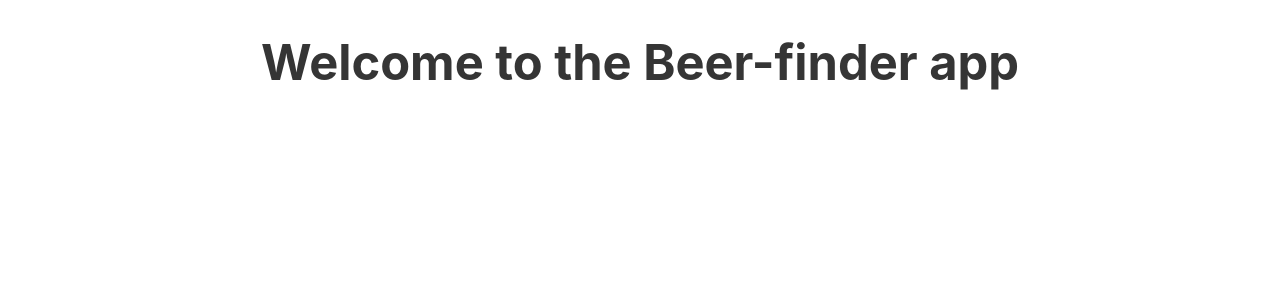
Repository: marcinszymaszek/beer-finder
Page: /
An editor plug-in stored every save of this project. The page is shown before and after the next save, followed by the edit.
The browser window is 1280 px wide. The pictures show the whole page.
The project was rebuilt for these pictures with package versions that can differ from the ones it lists, and the page was loaded fresh each time.

Above is the page before, as saved 2020-05-10 20:06:37.

### public/index.html
<!DOCTYPE html>
<html lang="en">
  <head>
    <meta charset="utf-8" />
    <link rel="icon" href="%PUBLIC_URL%/favicon.ico" />
    <meta name="viewport" content="width=device-width, initial-scale=1" />
    <meta name="theme-color" content="#000000" />
    <meta
      name="description"
      content="Web site created using create-react-app"
    />
    <link rel="apple-touch-icon" href="%PUBLIC_URL%/logo192.png" />
    <!--
      manifest.json provides metadata used when your web app is installed on a
      user's mobile device or desktop. See https://developers.google.com/web/fundamentals/web-app-manifest/
    -->
    <link rel="manifest" href="%PUBLIC_URL%/manifest.json" />
    <!--
      Notice the use of %PUBLIC_URL% in the tags above.
      It will be replaced with the URL of the `public` folder during the build.
      Only files inside the `public` folder can be referenced from the HTML.

      Unlike "/favicon.ico" or "favicon.ico", "%PUBLIC_URL%/favicon.ico" will
      work correctly both with client-side routing and a non-root public URL.
      Learn how to configure a non-root public URL by running `npm run build`.
    -->
    <title>Beer-finder App</title>
  </head>
  <body>
    <noscript>You need to enable JavaScript to run this app.</noscript>
    <div id="root"></div>
    <!--
      This HTML file is a template.
      If you open it directly in the browser, you will see an empty page.

      You can add webfonts, meta tags, or analytics to this file.
      The build step will place the bundled scripts into the <body> tag.

      To begin the development, run `npm start` or `yarn start`.
      To create a production bundle, use `npm run build` or `yarn build`.
    -->
  </body>
</html>

### src/index.js
import React from 'react';
import ReactDOM from 'react-dom';
import './index.css';
import App from './components/main/App';
import * as serviceWorker from './serviceWorker';

ReactDOM.render(
  <React.StrictMode>
    <App />
  </React.StrictMode>,
  document.getElementById('root')
);

// If you want your app to work offline and load faster, you can change
// unregister() to register() below. Note this comes with some pitfalls.
// Learn more about service workers: https://bit.ly/CRA-PWA
serviceWorker.unregister();

### src/components/main/App.js
import React, { useState, useEffect } from 'react';
import './App.css';

const App = () => {

  return (
    <div className="main-container">
      <h1 className="app-title">Welcome to the Beer-finder app</h1>
    </div>
  );
}

export default App;

### src/components/main/App.css
.main-container {
  text-align: center;
  min-height: 100vh;
  display: flex;
  flex-direction: column;
  font-size: calc(10px + 2vmin);
  color: #353535;
}

Loaded but not shown: src/index.css (common file); src/serviceWorker.js (common file)

After the next save:
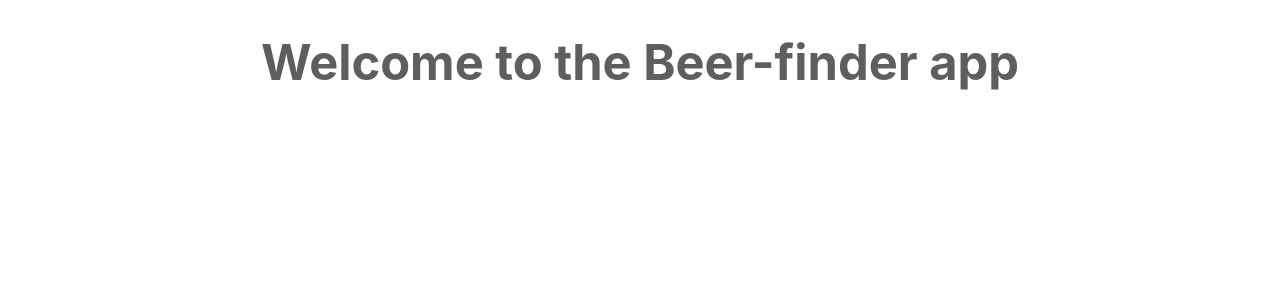
Saved 6 s later.
--- a/src/components/main/App.css
+++ b/src/components/main/App.css
@@ -4,5 +4,5 @@
   display: flex;
   flex-direction: column;
   font-size: calc(10px + 2vmin);
-  color: #353535;
+  color: #5e5e5e;
 }
